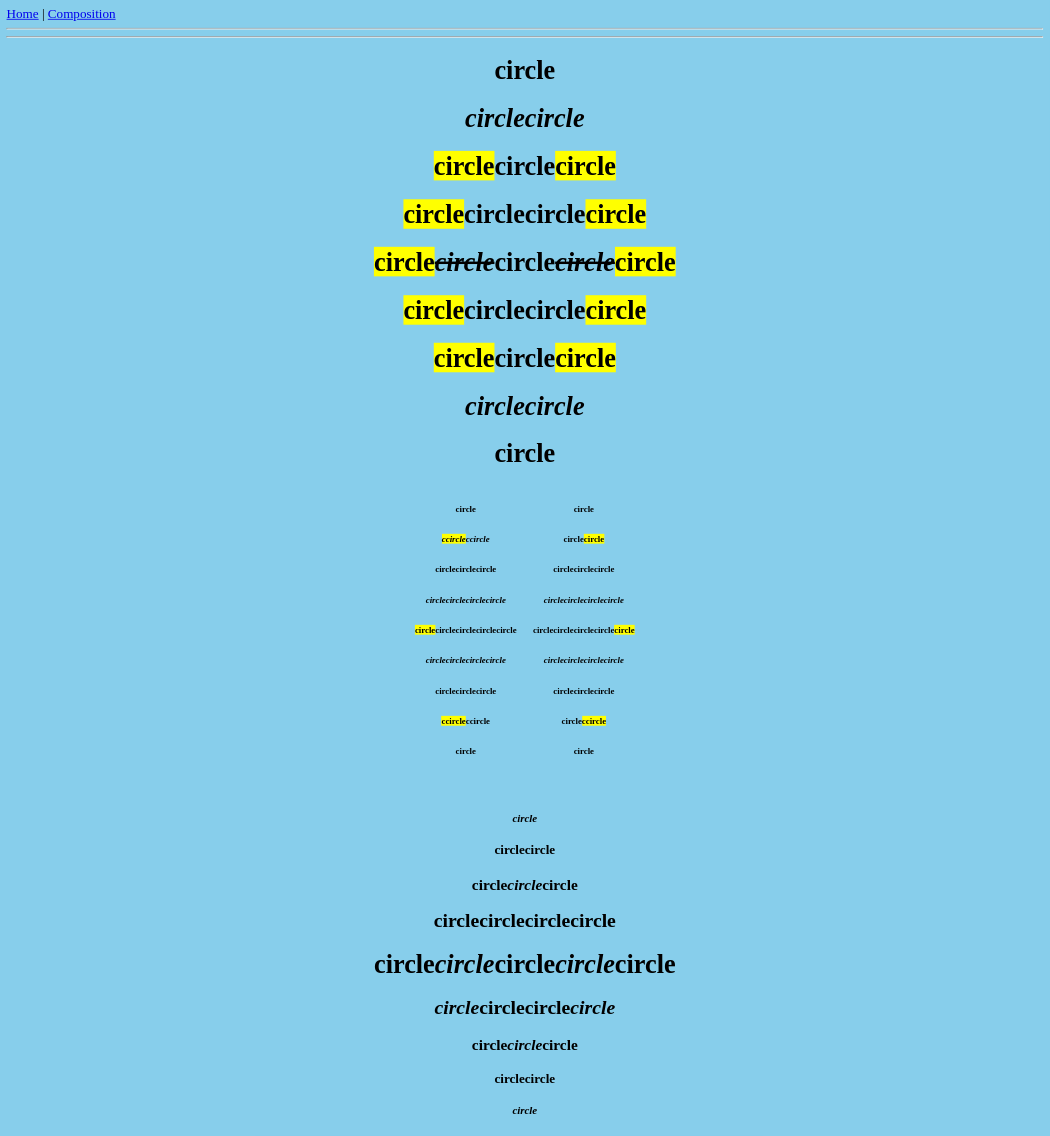
Repository: parkh899/parkh899.github.io
Page: lab/composition2.html
The author's editor kept a record of every edit. The page is drawn from the files as they stood at one moment, then again after the next edit.
The browser window is 1280 px wide. The pictures show the whole page, at 82% of full size.

Above is the page before.

After the next edit:
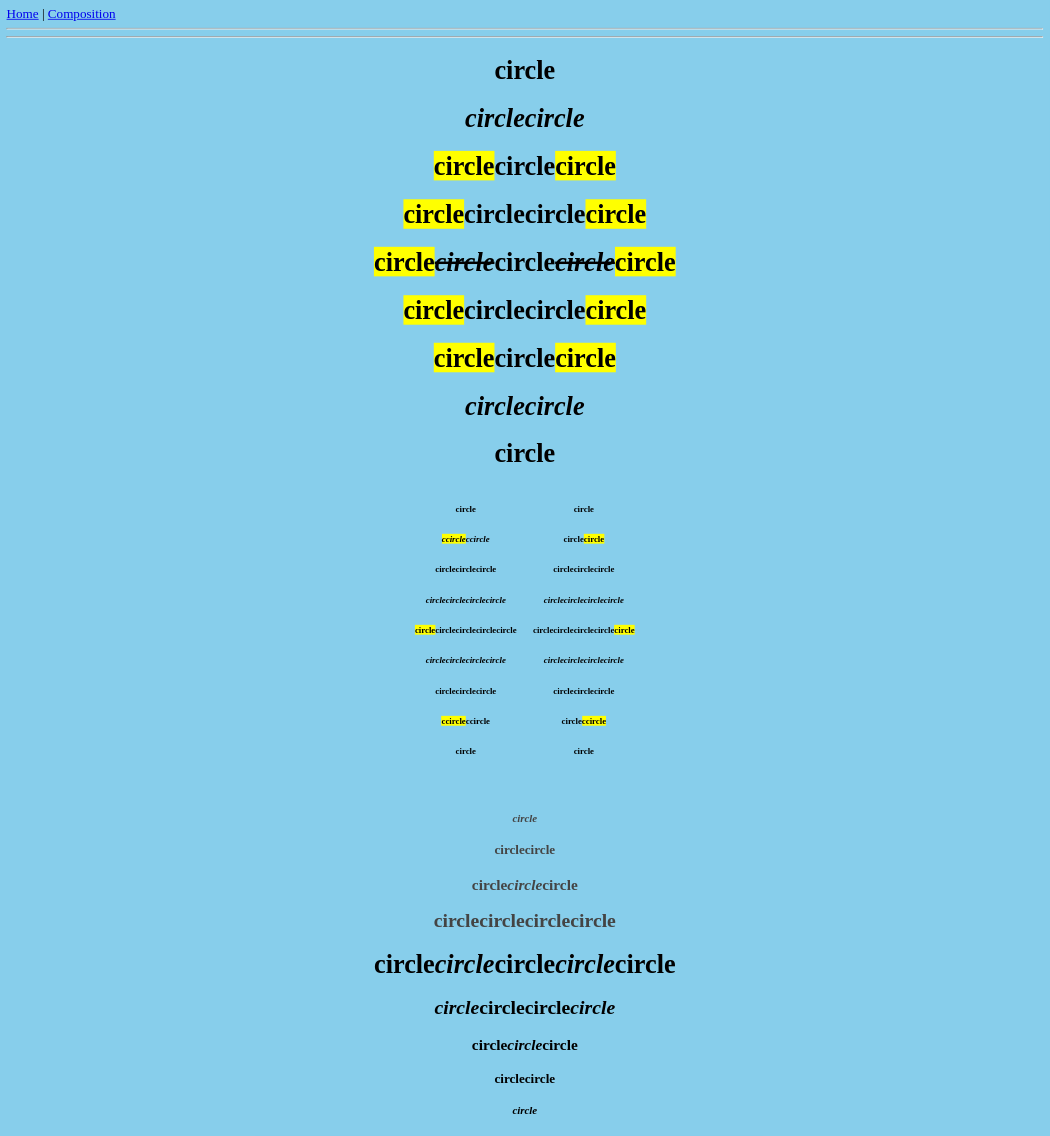
The edit:
--- a/lab/composition2.html
+++ b/lab/composition2.html
@@ -59,10 +59,10 @@
 
     <br/>
 
-    <h5><i>circle</i></h5>
-    <h4>circlecircle</h4>
-    <h3>circle<i>circle</i>circle</h3>
-    <h2>circlecirclecirclecircle</h2>
+    <h5 style="color:#444444"><i>circle</i></h5>
+    <h4 style="color:#444444">circlecircle</h4>
+    <h3 style="color:#444444">circle<i>circle</i>circle</h3>
+    <h2 style="color:#444444">circlecirclecirclecircle</h2>
     <h1>circle<i>circle</i>circle<i>circle</i>circle</h1>
     <h2><i>circle</i>circlecircle<i>circle</i></h2>
     <h3>circle<i>circle</i>circle</h3>
